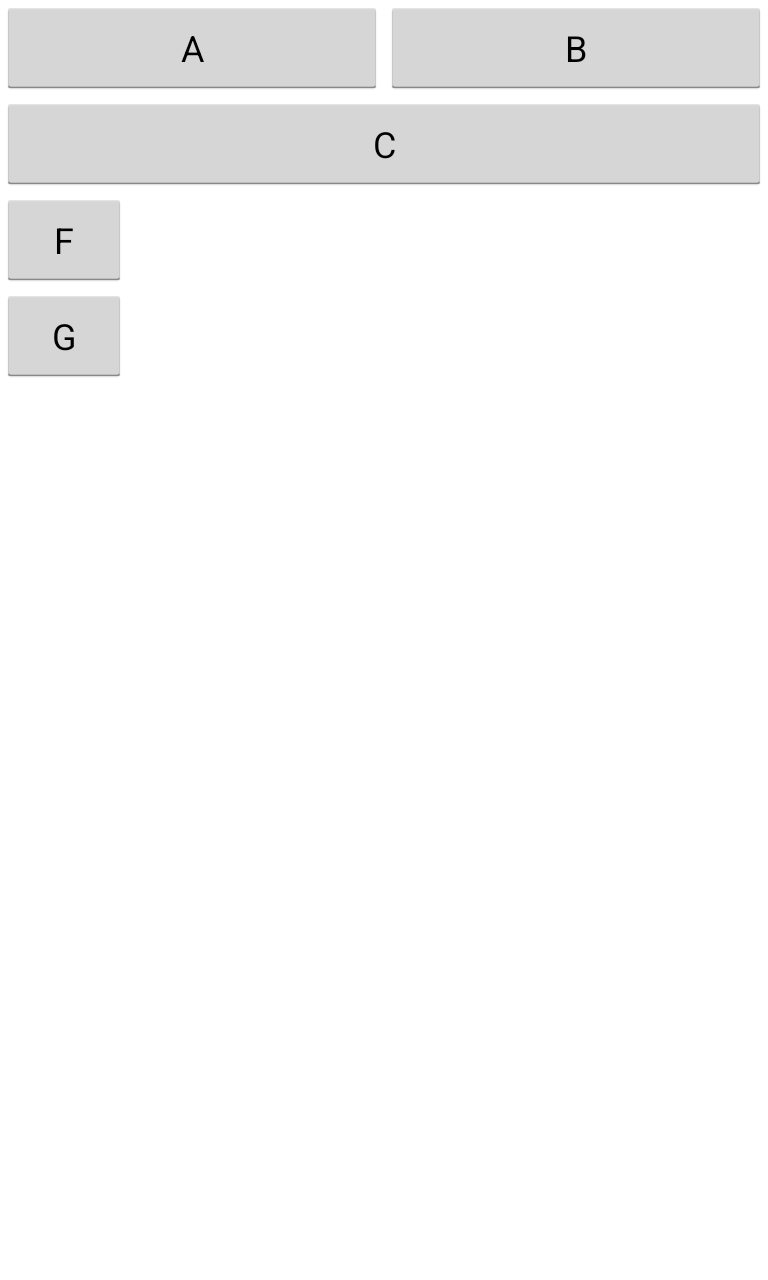
Repository: iracom/ejercicios-android
Layout: Layouts/res/layout/activity_relative.xml
The author's editor kept a copy of each file at every save. The layout is drawn from the files as they stood at one save, then again after the next save.
It is drawn on a 768 x 1280 px phone screen (xhdpi) without system bars, with theme AppTheme; the app's code is not run.

Above is the layout before, as saved 2014-05-07 07:45:14.

### Layouts/res/layout/activity_relative.xml
<RelativeLayout xmlns:android="http://schemas.android.com/apk/res/android"
    xmlns:tools="http://schemas.android.com/tools"
    android:id="@+id/container"
    android:layout_width="match_parent"
    android:layout_height="match_parent"
    tools:context="com.iraitzcompains.layouts.RelativeActivity"
    tools:ignore="MergeRootFrame" >

    <TextView
        android:id="@+id/textView1"
        android:layout_width="wrap_content"
        android:layout_height="wrap_content"
        android:layout_centerInParent="true" />

    <Button
        android:id="@+id/button1"
        android:layout_width="match_parent"
        android:layout_height="wrap_content"
        android:layout_alignRight="@id/textView1"
        android:text="@string/button_a" />

    <Button
        android:id="@+id/button2"
        android:layout_width="match_parent"
        android:layout_height="wrap_content"
        android:layout_alignLeft="@id/textView1"
        android:text="@string/button_b" />

    <Button
        android:id="@+id/button3"
        android:layout_width="wrap_content"
        android:layout_height="wrap_content"
        android:layout_alignParentLeft="true"
        android:layout_alignParentRight="true"
        android:layout_centerHorizontal="true"
        android:layout_below="@id/button1"
        android:text="@string/button_c" />

    <TextView
        android:id="@+id/textView2"
        android:layout_width="wrap_content"
        android:layout_height="wrap_content"
        android:layout_below="@id/button3"/>

    <Button
        android:id="@+id/button4"
        android:layout_width="match_parent"
        android:layout_height="wrap_content"
        android:layout_alignRight="@id/textView2"
        android:layout_below="@id/button3"
        android:text="@string/button_d" />

    <Button
        android:id="@+id/button5"
        android:layout_width="match_parent"
        android:layout_height="wrap_content"
        android:layout_alignRight="@id/textView2"
        android:layout_below="@id/button3"
        android:text="@string/button_e" />

    <LinearLayout
        android:layout_width="wrap_content"
        android:layout_height="wrap_content"
        android:layout_alignParentBottom="true"
        android:layout_alignParentLeft="true"
        android:layout_below="@+id/button3"
        android:orientation="vertical" >

        <Button
            android:id="@+id/button6"
            android:layout_width="match_parent"
            android:layout_height="wrap_content"
            android:text="@string/button_f" />

        <Button
            android:id="@+id/button7"
            android:layout_width="match_parent"
            android:layout_height="wrap_content"
            android:text="@string/button_g" />

    </LinearLayout>

</RelativeLayout>

### Layouts/res/values/strings.xml
<?xml version="1.0" encoding="utf-8"?>
<resources>

    <string name="app_name">Layouts</string>
    <string name="hello_world">Hello world!</string>
    <string name="action_settings">Settings</string>
    <string name="button_a">A</string>
    <string name="button_b">B</string>
    <string name="button_c">C</string>
    <string name="button_d">D</string>
    <string name="button_e">E</string>
    <string name="button_f">F</string>
    <string name="button_g">G</string>
    <string name="button_h">H</string>
    <string name="button_i">I</string>
    <string name="title_activity_relative">RelativeActivity</string>

</resources>

Loaded but not shown: Layouts/res/values/styles.xml (common file); Layouts/res/values-v11/styles.xml (common file); Layouts/res/values-v14/styles.xml (common file)

After the next save:
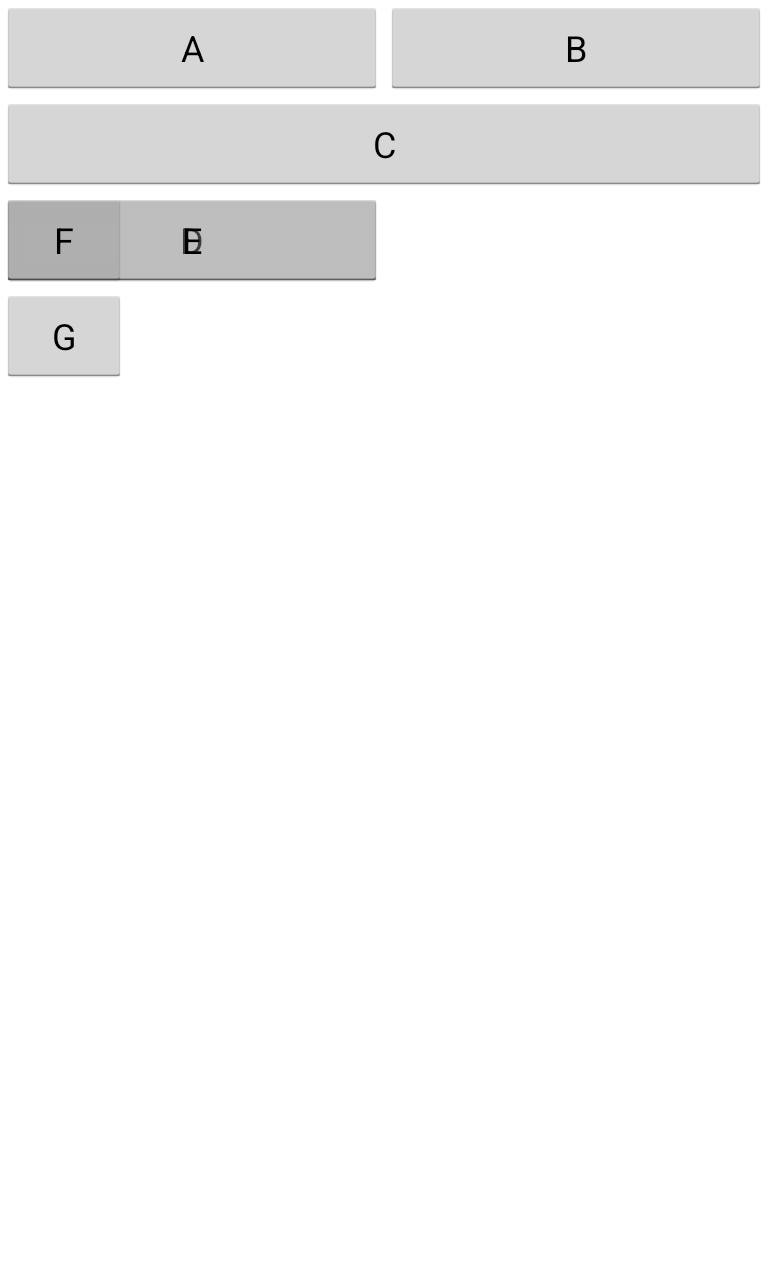
Saved 23 s later.
--- a/Layouts/res/layout/activity_relative.xml
+++ b/Layouts/res/layout/activity_relative.xml
@@ -40,7 +40,8 @@
         android:id="@+id/textView2"
         android:layout_width="wrap_content"
         android:layout_height="wrap_content"
-        android:layout_below="@id/button3"/>
+        android:layout_below="@id/button3"
+        android:layout_centerInParent="true"/>
 
     <Button
         android:id="@+id/button4"
